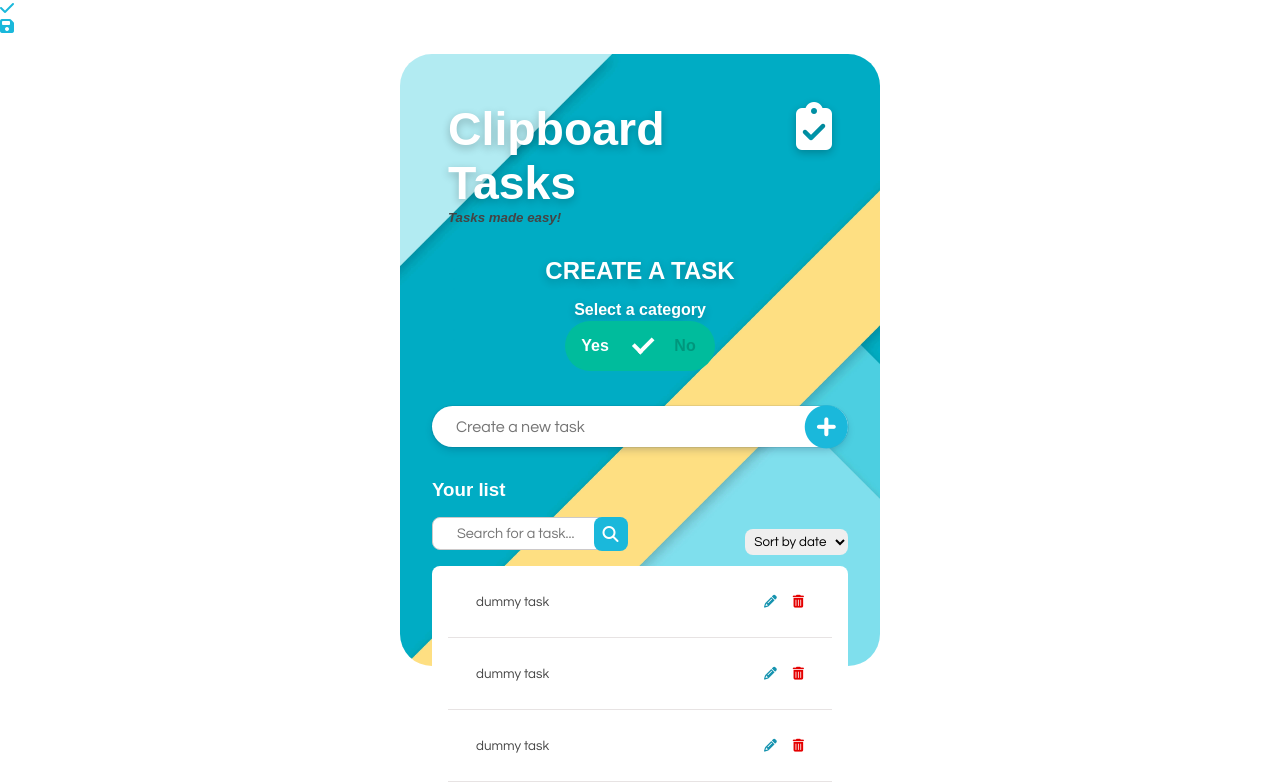
Repository: WesleyErasmus/Todo-App
Page: todoApp.html
The author's editor kept a copy of each file at every save. The page is drawn from the files as they stood at one save, then again after the next save.
The browser window is 1280 px wide. The pictures show the whole page.
Some web fonts or font styles are not loaded; a fallback is used. Some web libraries are served in a nearby version.

Above is the page before, as saved 2022-06-12 17:00:08.

After the next save:
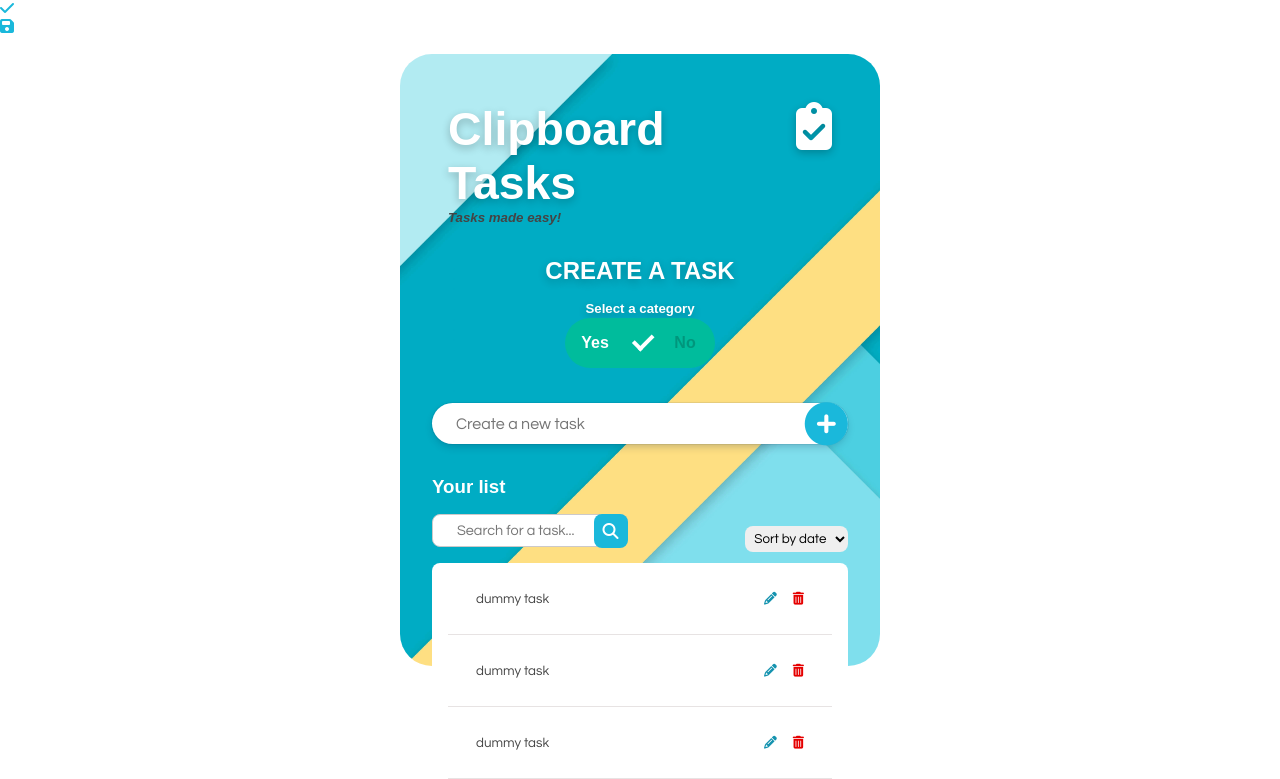
Saved 7 s later.
--- a/todoApp.html
+++ b/todoApp.html
@@ -28,7 +28,7 @@
         <form id="todo-list-form">
            <div class="test">
 
-            <h4 class="category-heading">Select a category</h4>
+            <h5 class="category-heading">Select a category</h5>
 
             <div class="toggle-radio">
                 <input type="radio" name="rdo" id="yes" checked>
